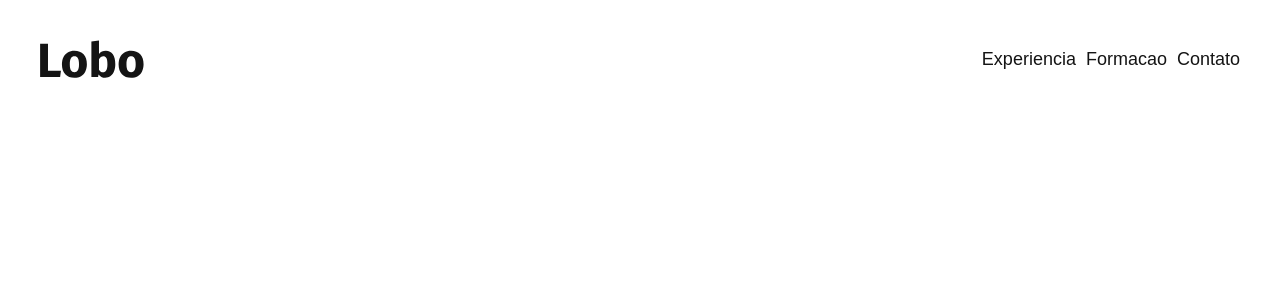
Repository: RflBueno/estudos
Page: Projeto Lobo/index.html
The author's editor kept a copy of each file at every save. The page is drawn from the files as they stood at one save, then again after the next save.
The browser window is 1280 px wide. The pictures show the whole page.

Above is the page before, as saved 2025-03-27 23:31:55.

### Projeto Lobo/index.html
<!DOCTYPE html>
<html lang="en">
<head>
    <meta charset="UTF-8">
    <meta name="viewport" content="width=device-width, initial-scale=1.0">
    <link rel="stylesheet" href="./css/style.css">
    <title>Lobo - Desenvolvedor e Design</title>
</head>
<body>
    <header class="header">
        <img src="./img/marca.svg" alt="Lobo">
        <nav>
            <ul class="header-menu">
                <li><a href="#experiencia">Experiencia</a></li>
                <li><a href="#formacao">Formacao</a></li>
                <li><a href="#contato">Contato</a></li>
            </ul>
        </nav>
    </header>
</body>
</html>

### Projeto Lobo/css/style.css
@import './global.css';
@import './header.css';

### Projeto Lobo/css/global.css
body {
    font-family: 'Fira Sans', Arial, sans-serif;
    margin: 0px;
    color: #141414;
}

h1, h2, h3, h4, h5, h6, p {
    margin: 0px;
}

ul {
    list-style: none;
    padding: 0px;
    margin: 0px;
}

img {
    max-width: 100%;
    display: block;
}

### Projeto Lobo/css/header.css
.header {
    max-width: 1200px;
    margin: 0 auto;
    padding: 40px 20px;
    display: flex;
    justify-content: space-between;
    align-items: center;
}

.header-menu {
    display: flex;
    flex-wrap: wrap;
    gap: 10px;
}

.header-menu a {
    color: #141414;
    text-decoration: none;
    font-size: 1.125rem;
}

After the next save:
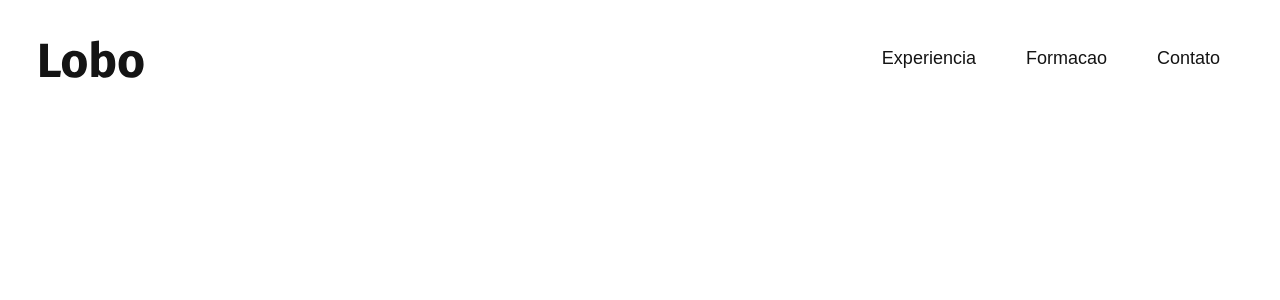
Saved 62 s later.
--- a/Projeto Lobo/css/header.css
+++ b/Projeto Lobo/css/header.css
@@ -17,4 +17,7 @@
     color: #141414;
     text-decoration: none;
     font-size: 1.125rem;
+    line-height: 1.3;
+    padding: 10px 20px;
+    text-decoration: none;
 }
